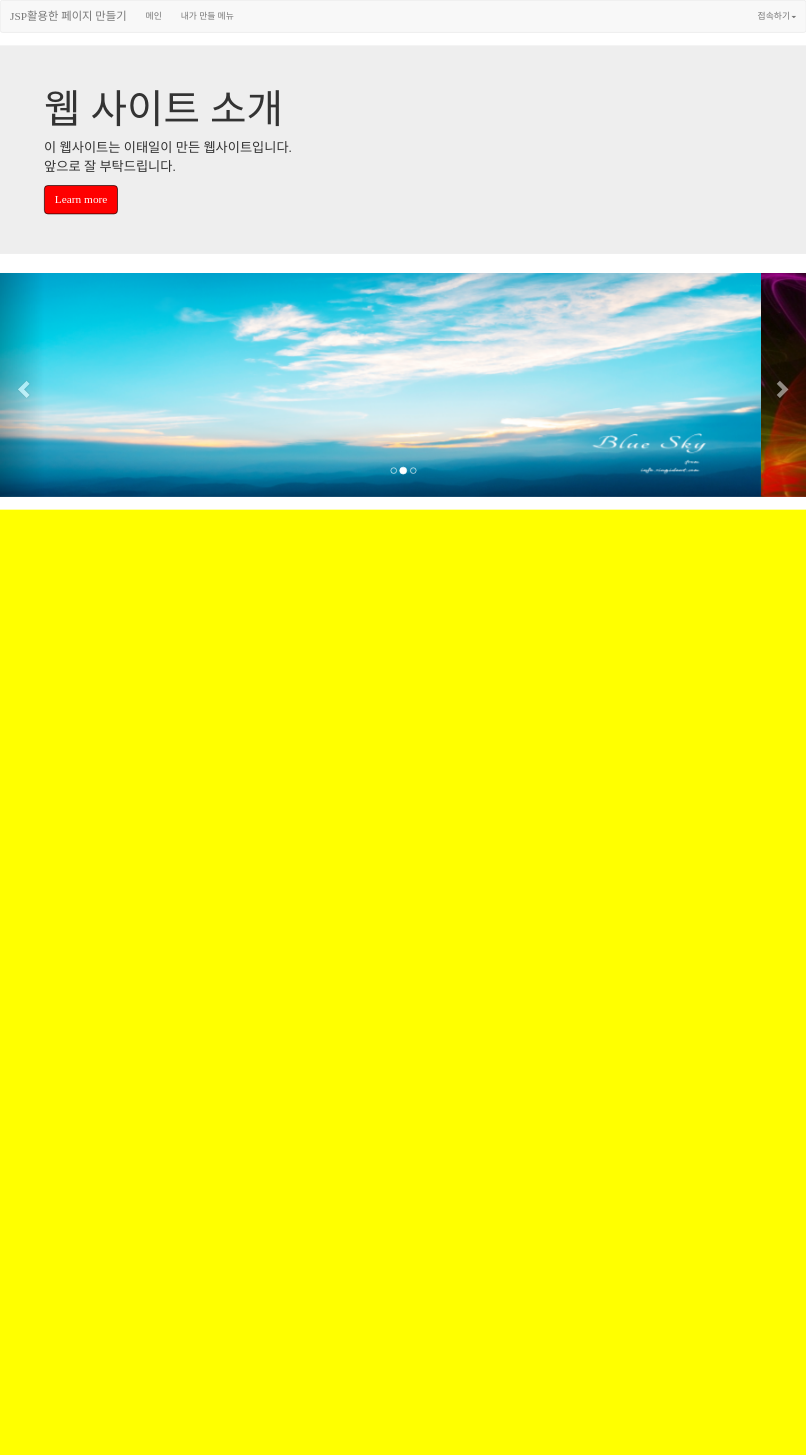
Repository: taeillee1/Newstudy
Page: http://localhost/SpringMVCJava/WEB-INF/views/mainpage.jsp
The author's editor kept a copy of each file at every save. The page is drawn from the files as they stood at one save, then again after the next save.
The browser window is 1280 px wide. The pictures show the whole page, at 63% of full size.
Some web fonts or font styles are not loaded; a fallback is used. Some web libraries are served in a nearby version. The page is served by Tomcat 9. Nobody is signed in. Other server files are loaded and not shown. The template is opened directly, without the code that normally fills it, so the values that code supplies are empty.

Above is the page before, as saved 2022-01-08 11:22:39.

### Newpage/SpringMVCJava/src/main/webapp/WEB-INF/views/mainpage.jsp
<%@ page language="java" contentType="text/html; charset=UTF-8"
    pageEncoding="UTF-8"%>
<%@ page import="java.io.PrintWriter" %>
<!DOCTYPE html>
<html>
<head>
<meta http-equiv="Content-Type" content="text/html; charset=UTF-8">
<meta name="viewport" content="width=device-width",initial-scale="1">
<link rel="stylesheet" type="text/css" href="https://stackpath.bootstrapcdn.com/bootstrap/3.1.1/css/bootstrap.min.css">
<link rel="stylesheet" type="text/css" href="css/onlymine.css">
<title>Insert title here</title>
<style>
	.hi{
		background-color:yellow;
		font-size:30px;
	}
	.taeil{
		margin-top:20px;
		background-color:yellow;
		height : 1500px;
	}
</style>
</head>
<body>
	<%
		String userID=null;
		if(session.getAttribute("userID") != null){
			userID=(String)session.getAttribute("userID");
		}
	%>
	<nav class="navbar navbar-default">
		<div class="navbar-header">
			<a class="navbar-brand" href ="mainpage">JSP활용한 페이지 만들기</a>
			<button type="button" class="navbar-toggle collapsed" data-toggle="collapse"
			data-target="#bs-example-navbar-collapse-1" aria-expanded="false"> <!-- collapse는 숨기기 기능  -->
				<span class="icon-bar"></span>
				<span class="icon-bar"></span>
				<span class="icon-bar"></span>

			</button>
		</div>
		<div class="collapse navbar-collapse" id =bs-example-navbar-collapse-1>
			<ul class="nav navbar-nav">
				<li><a href="mainpage">메인</a></li>
				<li><a href="Mymenu">내가 만들 메뉴</a></li>
			</ul>

			<%
			if(userID==null){
			%>
			<ul class="nav navbar-nav navbar-right">
				<li class="dropdown">
					<a href="#" class="dropdown-toggle" data-toggle="dropdown" role="button" aria-haspopup="true"
					aria-expanded="false">접속하기<span class="caret"></span></a>
					<ul class="dropdown-menu">
						<li><a href="login">로그인</a></li>
						<li><a href="join">회원가입</a></li>
					</ul>
				</li>
			</ul>
			<%
				}else{
			%>
			<ul class="nav navbar-nav navbar-right">
				<li class="dropdown">
					<a href="#" class="dropdown-toggle" data-toggle="dropdown" role="button" aria-haspopup="true"
					aria-expanded="false">회원관리<span class="caret"></span></a>
					<ul class="dropdown-menu">
						<li class="hi"><a href="#"><%= userID %></a></li>
						<li><a href="logoutAction">로그아웃</a></li>

					</ul>
				</li>
			</ul>
			<%
				}
			%>

		</div>
	</nav>
	<div class="jumbotron">
		<div class="container">
			<h1>웹 사이트 소개</h1>
			<p>이 웹사이트는 이태일이 만든 웹사이트입니다.<br>앞으로 잘 부탁드립니다.</p>
			<p><a class="btn btn-primary btn-lg" href="#" role="button" style = "background-color: red; border-color:black;">Learn more</a></p>
		</div>
	</div>

		<div id="myCarousel" class="carousel slide" data-ride="carousel">
			<ol class="carousel-indicators">
				<li data-target="#myCarousel" data-slide-to="0" class="active"></li>
				<li data-target="#myCarousel" data-slide-to="1" class="active"></li>
				<li data-target="#myCarousel" data-slide-to="2" class="active"></li>
			</ol>
			<div class="carousel-inner">
				<div class="item active">
					<img src="image/im4.png" style="width:3000px;">
				</div>
				<div class="item">
					<img src="image/im5.jpg" style="width:3000px;">
				</div>
				<div class="item">
					<img src="image/im6.png" style="width:3000px;">
				</div>
			</div>
			<a class="left carousel-control" href="#myCarousel" data-slide="prev" style="width:70px;">
				<span class="glyphicon glyphicon-chevron-left"></span>
			</a>
			<a class="right carousel-control" href="#myCarousel" data-slide="next" style="width:70px;">
				<span class="glyphicon glyphicon-chevron-right"></span>
			</a>
		</div>
		<div class="taeil">

		</div>



	<script src="http://code.jquery.com/jquery-3.1.1.min.js"></script>
	<script src="js/bootstrap.js"></script>
</body>
</html>

### Newpage/SpringMVCJava/src/main/webapp/resources/css/onlymine.css
@import url(http://fonts.googleapis.com/earlyaccess/nanumgothic.css);
@import url(http://fonts.googleapis.com/earlyaccess/hanna.css);
*{
	font-family : 'Nanum Gothic';
}
h1{
	font-family : 'Hanna';
}

Loaded but not shown: Newpage/SpringMVCJava/src/main/webapp/resources/js/bootstrap.js (library)

After the next save:
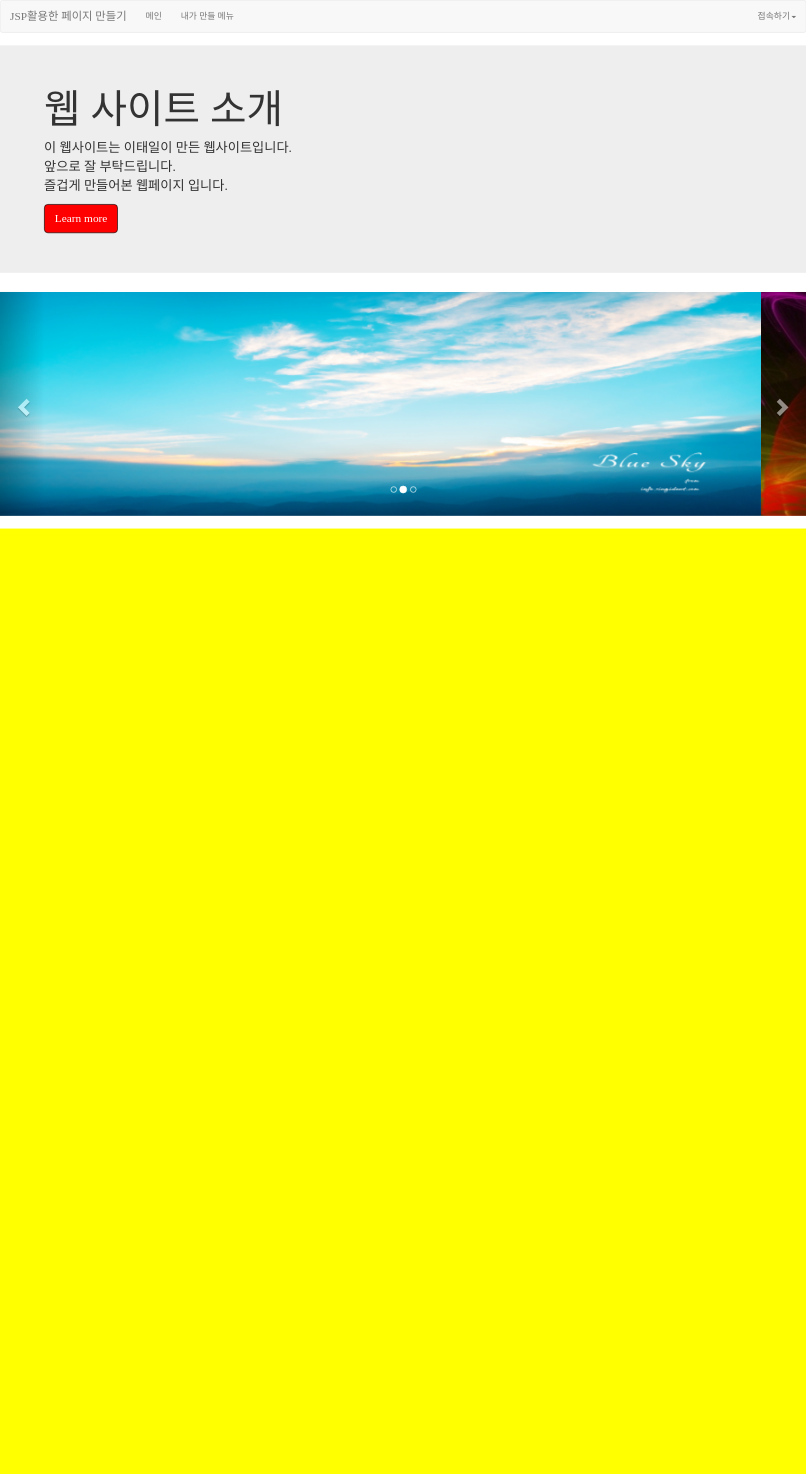
Saved 27 s later.
--- a/Newpage/SpringMVCJava/src/main/webapp/WEB-INF/views/mainpage.jsp
+++ b/Newpage/SpringMVCJava/src/main/webapp/WEB-INF/views/mainpage.jsp
@@ -81,7 +81,7 @@
 	<div class="jumbotron">
 		<div class="container">
 			<h1>웹 사이트 소개</h1>
-			<p>이 웹사이트는 이태일이 만든 웹사이트입니다.<br>앞으로 잘 부탁드립니다.</p>
+			<p>이 웹사이트는 이태일이 만든 웹사이트입니다.<br>앞으로 잘 부탁드립니다.<br>즐겁게 만들어본 웹페이지 입니다.</p>
 			<p><a class="btn btn-primary btn-lg" href="#" role="button" style = "background-color: red; border-color:black;">Learn more</a></p>
 		</div>
 	</div>
